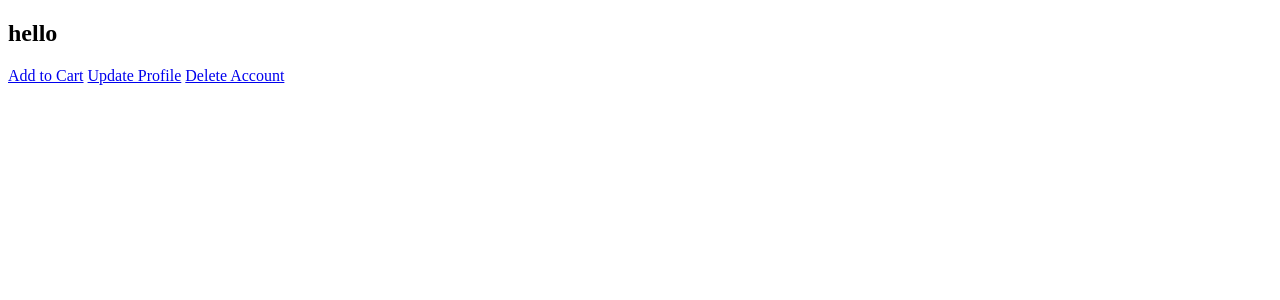
Repository: My-POC-Workspace/HibernateWorkSpace
Page: http://localhost/Mini_Project/
These files come from the project's save history. The page is drawn as it stood at one moment and after the next save; the edit follows.
The browser window is 1280 px wide. The pictures show the whole page.
The page is served by Tomcat 9. Other server files are loaded and not shown.

Above is the page before, as saved 2022-09-19 16:26:30.

### Mini Project/src/main/webapp/index.jsp
<%@ page language="java" contentType="text/html; charset=ISO-8859-1"
	pageEncoding="ISO-8859-1"%>
<%@ taglib uri="http://java.sun.com/jsp/jstl/core" prefix="c"%>
<%@ taglib uri="http://java.sun.com/jsp/jstl/sql" prefix="sql"%>
<%@ taglib uri="http://java.sun.com/jsp/jstl/functions" prefix="fn"%>
<!DOCTYPE html>
<html>
<head>
<meta charset="ISO-8859-1">
<title>Insert title here</title>
</head>
<body>
	<h2>hello</h2>
	<jsp:include page="HeaderUser.jsp"></jsp:include>

	<table>

<tr>
	<td>${user.userName}</td>
	<td>${user.name}</td>
	<td>${user.email}</td>
	<td>${user.contactNo}</td>
	<td>${user.address}</td>
</tr>
</table>

</body>
</html>

### Mini Project/src/main/webapp/HeaderUser.jsp
<%@ page language="java" contentType="text/html; charset=ISO-8859-1"
	pageEncoding="ISO-8859-1"%>
<!DOCTYPE html>
<html>
<head>
<meta charset="ISO-8859-1">
<title>Insert title here</title>
</head>
<body>
	<header>
		<nav>
			<a href="addToCart.jsp">Add to Cart</a> <a
				href="UserServlet?act=UpdateUser">Update Profile</a>
			<!-- ?users=${user}  -->
			<a href="UserServlet?act=DeleteUser?user=${user.userName}">Delete
				Account</a>
		</nav>
	</header>
</body>
</html>

After the next save:
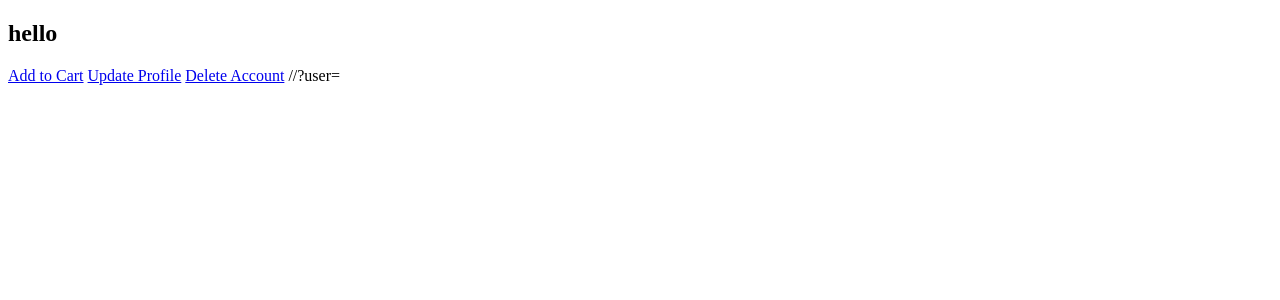
Saved 3 min 5 s later.
--- a/Mini Project/src/main/webapp/HeaderUser.jsp
+++ b/Mini Project/src/main/webapp/HeaderUser.jsp
@@ -12,8 +12,8 @@
 			<a href="addToCart.jsp">Add to Cart</a> <a
 				href="UserServlet?act=UpdateUser">Update Profile</a>
 			<!-- ?users=${user}  -->
-			<a href="UserServlet?act=DeleteUser?user=${user.userName}">Delete
-				Account</a>
+			<a href="UserServlet?act=DeleteUser">Delete Account</a>
+			//?user=${user.userName}
 		</nav>
 	</header>
 </body>

After the save that followed:
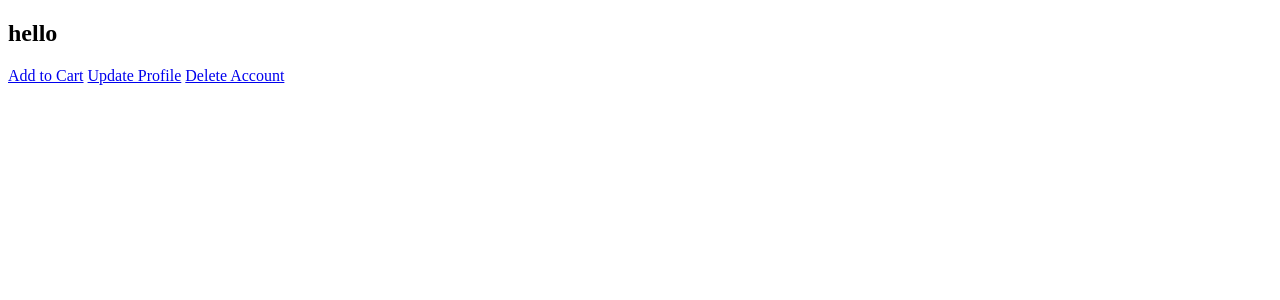
Saved 34 s later.
--- a/Mini Project/src/main/webapp/HeaderUser.jsp
+++ b/Mini Project/src/main/webapp/HeaderUser.jsp
@@ -13,7 +13,7 @@
 				href="UserServlet?act=UpdateUser">Update Profile</a>
 			<!-- ?users=${user}  -->
 			<a href="UserServlet?act=DeleteUser">Delete Account</a>
-			//?user=${user.userName}
+			<!-- ?user=${user.userName} -->
 		</nav>
 	</header>
 </body>
